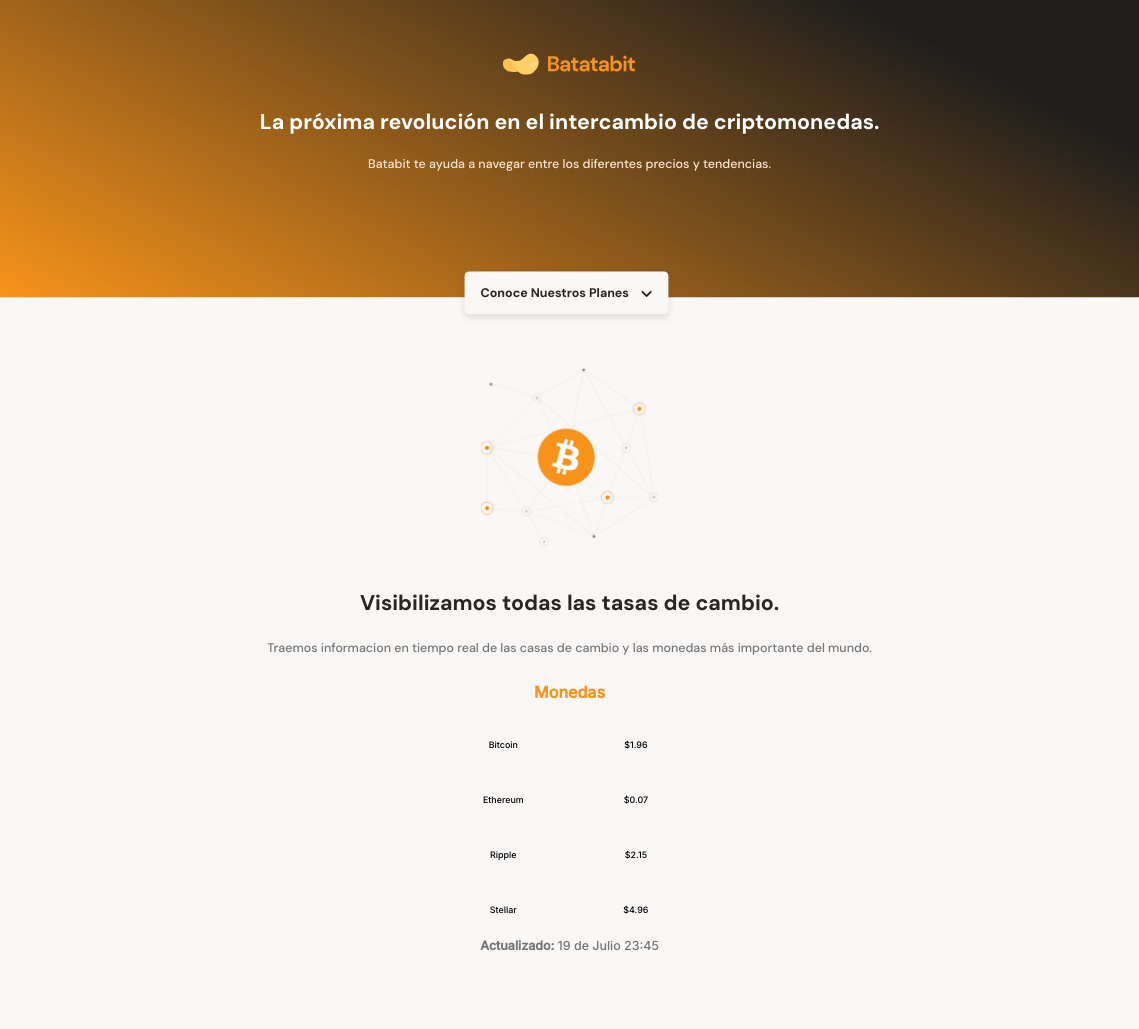
Repository: EnzoSz/Mobile-First
Page: index.html
The author's editor kept a copy of each file at every save. The page is drawn from the files as they stood at one save, then again after the next save.
The browser window is 1280 px wide. The pictures show the whole page, at 89% of full size.

Above is the page before, as saved 2021-01-28 20:22:05.

### index.html
<!DOCTYPE html>
<html lang="en">
<head>
    <meta charset="UTF-8">
    <meta name="viewport" content="width=device-width, initial-scale=1.0">
    <title>Document</title>
    <link rel="preconnect" href="https://fonts.gstatic.com">
    <link href="https://fonts.googleapis.com/css2?family=DM+Sans:wght@400;500;700&family=Inter:wght@300;500&display=swap" rel="stylesheet">
    <link rel="stylesheet" href="./estilos.css">
</head>
<body>
    <header>
        <img src="./assets/img/logo.svg" alt="">
        <div class="header--title-container">
            <h1>La próxima revolución en el intercambio de criptomonedas.</h1>
            <p>Batabit te ayuda a navegar entre los diferentes precios y tendencias.</p>
            <a href="" class="header--button">Conoce Nuestros Planes <span></span></a>
        </div>
    </header>
    <main>
        <section class="main-exchange-container">
            <div class="backgroundImg"></div>
            <div class="main.exchange-container--title">
                <h2>Visibilizamos todas las tasas de cambio.</h2>
                <p>
                    Traemos informacion en  tiempo real de las casas de cambio y las monedas más importante del mundo.

                </p>
            </div>
            <section class="main-tables-container">
                <div class="main-currency-table">
                    <p class="currency-table--title">Monedas</p>
                    <div class="currency-table--container">
                        <table>
                            <tr>
                                <td class="table__top-left">Bitcoin</td>
                                <td class="table__top-right table__right">$1.96 <span></span></td>
                            </tr>
                            <tr>
                                <td>Ethereum</td>
                                <td class="table__right">$0.07</td>
                            </tr>
                            <tr>
                                <td>Ripple</td>
                                <td class="table__right">$2.15</td>
                            </tr>
                            <tr>
                                <td class="table__bottom-left">Stellar</td>
                                <td class="table__bottom-right table__rirght">$4.96</td>
                            </tr>
                        </table>
                    </div>
                    <div class="currency-table-date">
                        <p>
                            <b>Actualizado:</b> 19 de Julio 23:45
                        </p>
                    </div>
                </div>
            </section>
        </section>
        <section></section>
        <section></section>
        <section></section>
    </main>
    <footer></footer>
</body>
</html>

### estilos.css
/*
1. Posicionamiento
2. Modelo de caja (Box model)
3. Tipografía
4. Visuales
5. Otros
*/
:root {
    /*Colores */
    --bitcoin-orange: #F7931A;
    --soft-orange: #FFE9D5;
    --secondary-blue: #1A9AF7;
    --soft-blue: #E7F5FF;
    --warm-black: #201E1C;
    --warm-black1: #282623;
    --grey: #BABABA;
    --off-white: #FAF8F7;
    --just-white: #FFFFFF;
}
* {
    box-sizing: border-box;
    margin: 0;
    padding: 0;
}
html {
    font-size: 62.5%;
    font-family: 'DM Sans', sans-serif;
}
header {
    position: relative;
    display: flex;
    flex-direction: column;
    justify-content: center;
    width: 100%;
    min-width: 32rem;
    height: 33.4rem;
    text-align: center;
    background: linear-gradient(207.8deg, #201E1C 16.69%, #F7931A 100%);;
}
header img {
    width: 15rem;
    height: 2.4rem;
    margin-top: 6.0rem;
    align-self:center;
}
.header--title-container {
    width: 90%;
    min-width: 28.8rem;
    max-width: 90rem;
    height: 21.8rem;
    margin-top: 4rem;
    text-align: center;
    align-self:center;

}
.header--title-container h1 {
    font-size: 2.4rem;
    font-weight: bold;
    line-height: 2.6rem;
    color: var(--just-white);
}
.header--title-container p {
    margin-top: 25px;
    font-size: 1.4rem;
    font-weight: 500;
    line-height: 1.8rem;
    color: var(--soft-orange);
}
.header--title-container .header--button {
    position: absolute;
    left: calc(50% - 118px);
    top: 270px;
    display: block;
    margin-top: 35px;
    padding: 15px;
    width: 229px;
    height: 48px;
    background-color: var(--off-white);
    /*Sombra*/
    box-shadow: 0px 4px 8px rgba(89, 73, 30, 0.16);
    border: none;
    border-radius: 5px;
    font-size: 1.4rem;
    font-weight: bold;
    text-decoration: none;
    color: var(--warm-black1);
}
.header--button span {
    display: inline-block;
    width: 13px;
    height: 8px;
    margin-left: 10px;
    background-image: url('./assets/icons/arrow-down.svg');
}
main {
    width: 100%;
    height: auto;
    background-color: var(--off-white);
}
.main-exchange-container {
    width: 100%;
    height: auto;
    padding-top: 80px;
    padding-bottom: 30px;
    text-align: center;
}
.main-exchange-container--title {
    width: 90%;
    min-width: 288px;
    max-width: 900px;
    margin: 0 auto;
}
.main-exchange-container .backgroundImg {
    width: 200px;
    height: 200px;
    margin: 0 auto;
    margin-bottom: 50px;
    background-image:url('./assets/img/bitcoin.svg');
    background-size: cover;
    background-position: center;
    background-repeat: no-repeat;
}
.main-exchange-container h2 {
    margin-bottom: 30px;
    font-size: 2.4rem;
    font-weight: bold;
    line-height: 2.6rem;
    color: var(--warm-black1);
}
.main-exchange-container p {
    margin-bottom: 30px;
    font-size: 1.4rem;
    font-weight: 500;
    line-height: 1.6rem;
    color: #757575;
}
.main-currency-table {
    width: 70%;
    min-width: 235px;
    max-width: 500px;
    height: 360px;
    margin: 0 auto;
    font-family: "Inter", sans-serif;
}
.main-currency-table .currency-table--title {
    margin-bottom: 15px;
    font-size: 1.8rem;
    font-weight: bold;
    line-height: 2.3rem;
    color: var(--bitcoin-orange);
}
.currency-table--container {
    width: 90%;
    min-width: 230px;
    max-width: 300px;
    height: 250px;
    margin: 0 auto;
}
.currency-table--container table {
    width: 100%;
    height: 100%;
}
.currency-table--container td {
    width: 50%;
}

After the next save:
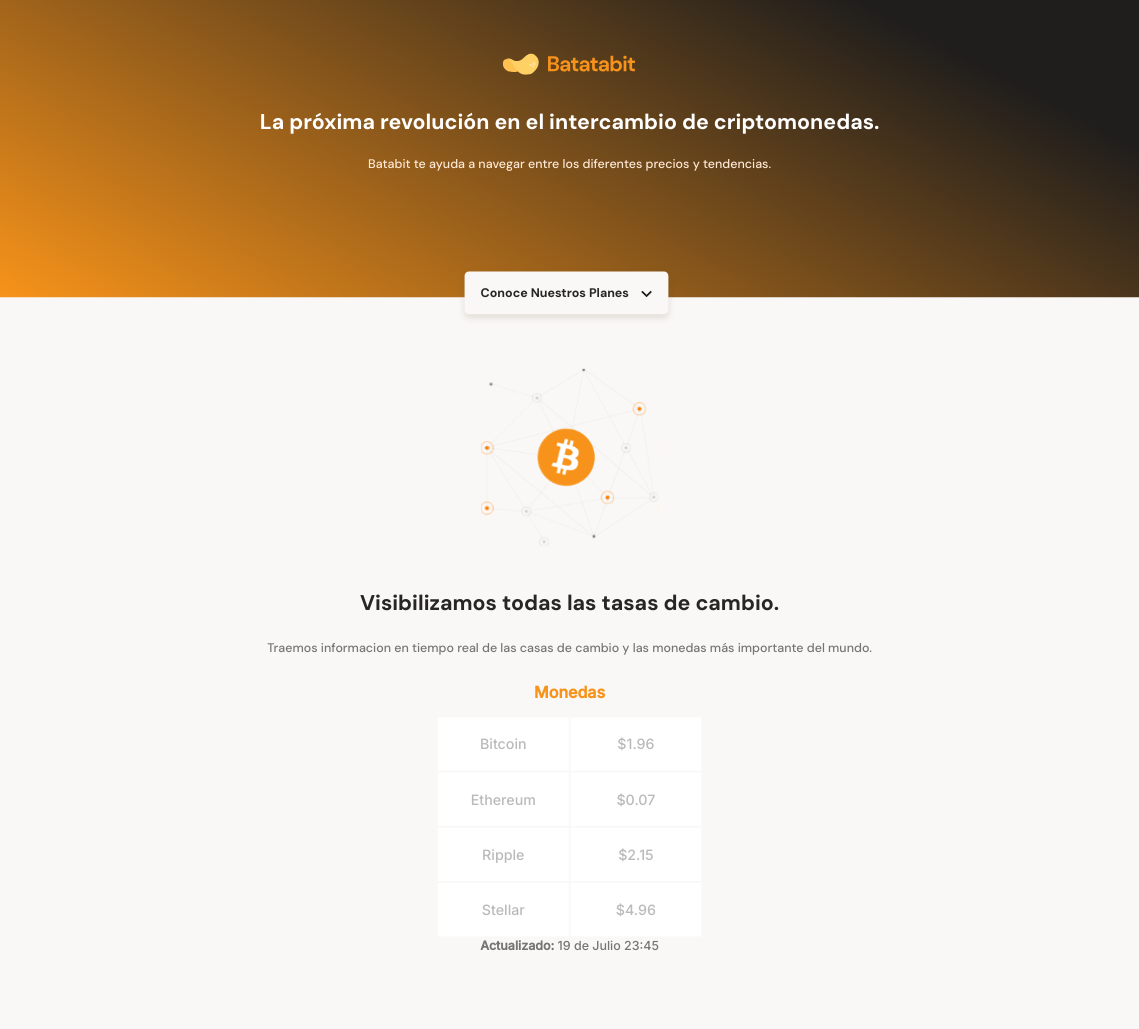
Saved 2 min 56 s later.
--- a/estilos.css
+++ b/estilos.css
@@ -162,4 +162,9 @@
 }
 .currency-table--container td {
     width: 50%;
+    font-size: 1.6rem;
+    font-weight: 500;
+    line-height: 1.9rem;
+    color: var(--grey);
+    background-color: var(--just-white);
 }
